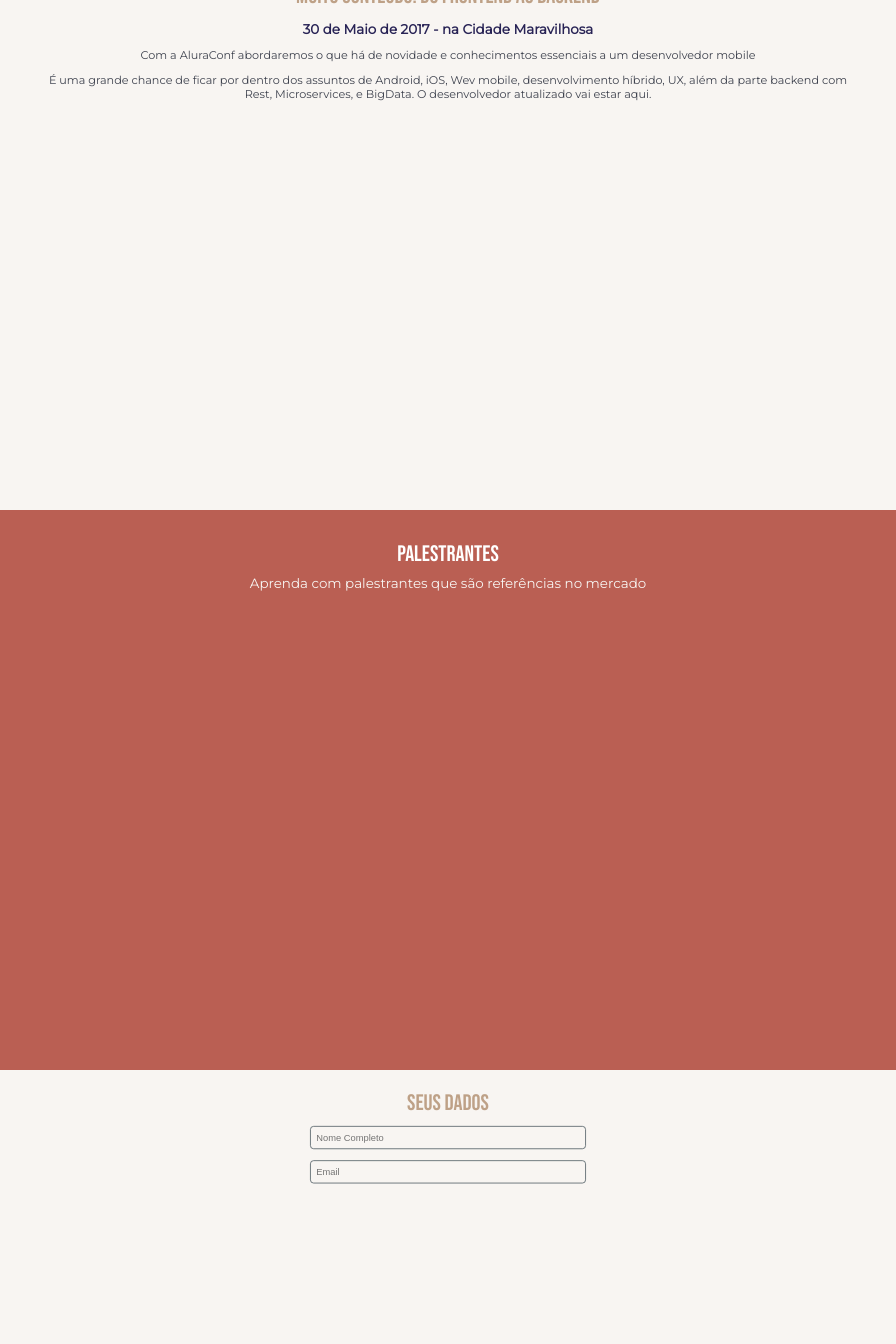
Repository: tomoliveira1/aluraconf
Page: index.html
The author's editor kept a copy of each file at every save. The page is drawn from the files as they stood at one save, then again after the next save.
The browser window is 1280 px wide. The pictures show the part of the page from y = 792 to 2712 px (the page is 2712 px tall), at 70% of full size.

Above is the page before, as saved 2021-10-12 19:11:47.

### index.html
<!-- PROJETO FINAL - ALURACONF -->

<!DOCTYPE html>
<html lang="pt-br">
  <head>
    <meta charset="UTF-8" />
    <meta http-equiv="X-UA-Compatible" content="IE=edge" />
    <meta name="viewport" content="width=device-width, initial-scale=1.0" />
    <title>AluraConf</title>

    <link rel="stylesheet" href="/aluraconf/css/reset.css" />
    <link rel="stylesheet" href="/aluraconf/css/base.css" />

    <link rel="stylesheet" href="aluraconf/css/header.css" />
    <link rel="stylesheet" href="aluraconf/css/about.css">
    <link rel="stylesheet" href="aluraconf/css/palestrantes.css">
    <link rel="stylesheet" href="aluraconf/css/form.css">

    <link rel="preconnect" href="https://fonts.googleapis.com" />
    <link rel="preconnect" href="https://fonts.gstatic.com" crossorigin />
    <link
      href="https://fonts.googleapis.com/css2?family=Bebas+Neue&family=Montserrat:wght@300;400&display=swap"
      rel="stylesheet"
    />
  </head>
  <body>
    <header class="header container">
      <nav class="header_nav">
        <ul>
          <li class="header_link"><a href="">Sobre</a></li>
          <li class="header_link"><a href="">Palestrantes</a></li>
        </ul>
      </nav>

      <h1 class="header_title">AluraConf</h1>
      <h1 class="header_subtitle">30 Maio|Rio</h1>

      <a class="header_button button" href="#">Inscreva-se</a>
    </header>

    <main>
      <section class="about container">
          <h1>Muito conteúdo: do frontend ao backend</h1>
          <h2>30 de Maio de 2017 - na Cidade Maravilhosa</h2>
          <p>Com a AluraConf abordaremos o que há de novidade e conhecimentos essenciais a um desenvolvedor mobile</p>
          <p>É uma grande chance de ficar por dentro dos assuntos de Android, iOS, Wev mobile, desenvolvimento híbrido, UX, além da parte backend com Rest, Microservices, e BigData. O desenvolvedor atualizado vai estar aqui.</p>
      </section>

      <section class="palestrantes container">
          <h1>Palestrantes</h1>
          <h2>Aprenda com palestrantes que são referências no mercado</h2>

      </section>

      <section class="form container">
        <h1>seus dados</h1>
        <div class="">
          <form>
            <input class="form_input" type="text" id="nome" placeholder="Nome Completo">
            <input class="form_input" type="text" id="email" placeholder="Email">
          </form>
        </div>
      </section>
    </main>
  </body>
</html>

### aluraconf/css/base.css
/* Cores */
:root {
  --white: #fff;
  --beige: #bea187;
  --light-beige: #F8F5F2;
  --red: #eb4b36;
  --bg-orange: #BA5F53;
  --bg-color-darker: #282355;
  --bg-color-lighter: #533a8a;
  --text-color: #3f434f;
  --button: #5fa3a3;
  --clr-primary: #651fff;
  --clr-gray: #37474f;
  --clr-gray-light: #b0bec5;

  --bebas-neue: "Bebas Neue", cursive;
  --montserrat: "Montserrat", sans-serif;
}

body {
  font-family: "Bebas Neue", cursive;
  font-family: "Montserrat", sans-serif;
}

.container {
  padding-right: 6%;
  padding-left: 6%;
}

.button {
  background-color: var(--button);
  color: var(--white);
  font-weight: 600;
  text-align: center;
  display: block;
  max-width: 350px;
  box-sizing: border-box;
  padding: 1rem 2rem;
  border-radius: 5px;
}

### aluraconf/css/header.css
.header {
  background-image: linear-gradient(var(--bg-color-darker), var(--bg-color-lighter) );

  width: 100%;
  min-height: 100vh;

  box-sizing: border-box;

  display: flex;
  flex-direction: column;
  align-items: center;

  padding-top: 0.75rem;
  padding-bottom: 0.75rem;
}

.header_nav {
  text-align: center;
}

.header_link {
  color: var(--white);
  font-size: 1rem;
  font-weight: 600;

  display: inline-block;

  margin-right: 0.7rem;
  margin-bottom: 4rem;
  margin-left: 0.7rem;

  padding: 0.75rem 1.25rem;
}

.header_title {
  font-family: "Bebas Neue", cursive;
  color: var(--white);
  font-size: 5rem;
}

.header_subtitle {
  font-family: "Bebas Neue", cursive;
  font-size: 3.5rem;
  color: var(--red);
  margin-bottom: 6rem;
}

.header_button {
  width: 100%;
}

@media screen {
}

### aluraconf/css/about.css
.about {
  background-color: var(--light-beige);
  min-height: 100vh;
  padding: 3rem 5% 2rem;
  line-height: 1.2;
}

.about h1 {
  font-family: "Bebas Neue", cursive;
  color: var(--beige);
  text-transform: uppercase;
  text-align: center;
  font-size: 2rem;
  margin-bottom: 1rem;
}

.about h2 {
  color: var(--bg-color-darker);
  font-family: "Montserrat", sans-serif;
  font-weight: bold;
  text-align: center;
  font-size: 1.2rem;
  margin-bottom: 1rem;
}

.about p {
  color: var(--text-color);
  width: 100%;
  display: block;
  text-align: center;
  margin-bottom: 1rem;
  margin-right: 0;
}

### aluraconf/css/palestrantes.css


.palestrantes {
    background-color: var(--bg-orange);
    min-height: 100vh;
    padding: 3rem 5% 2rem;
}

h1 {
    font-family: "Bebas Neue", cursive;
    color: var(--white);
    text-transform: uppercase;
    text-align: center;
    font-size: 2rem;
    margin-bottom: 1rem;
}

h2 {
    font-family: var(--montserrat);
    color: var(--light-beige);
    text-align: center;
    font-size: 1.2rem;
    margin-bottom: 1rem;
}

### aluraconf/css/form.css
.form {
    display: flex;
    flex-direction: column;
    background-color: var(--light-beige);
    min-height: 50vh;
    padding-top: 2rem;
    align-items: center;
}

.form h1 {
    font-family: "Bebas Neue", cursive;
    color: var(--beige);
    text-transform: uppercase;
    text-align: center;
    font-size: 2rem;
    margin-bottom: 1rem;
}

.form_input {
    width: 100%;
    padding: .50rem;
    box-sizing: border-box;
    margin-bottom: 1rem;
    background: transparent;
    border: 1px solid var(--clr-gray);
    border-radius: 5px;
}

Loaded but not shown: aluraconf/css/reset.css (common file)

After the next save:
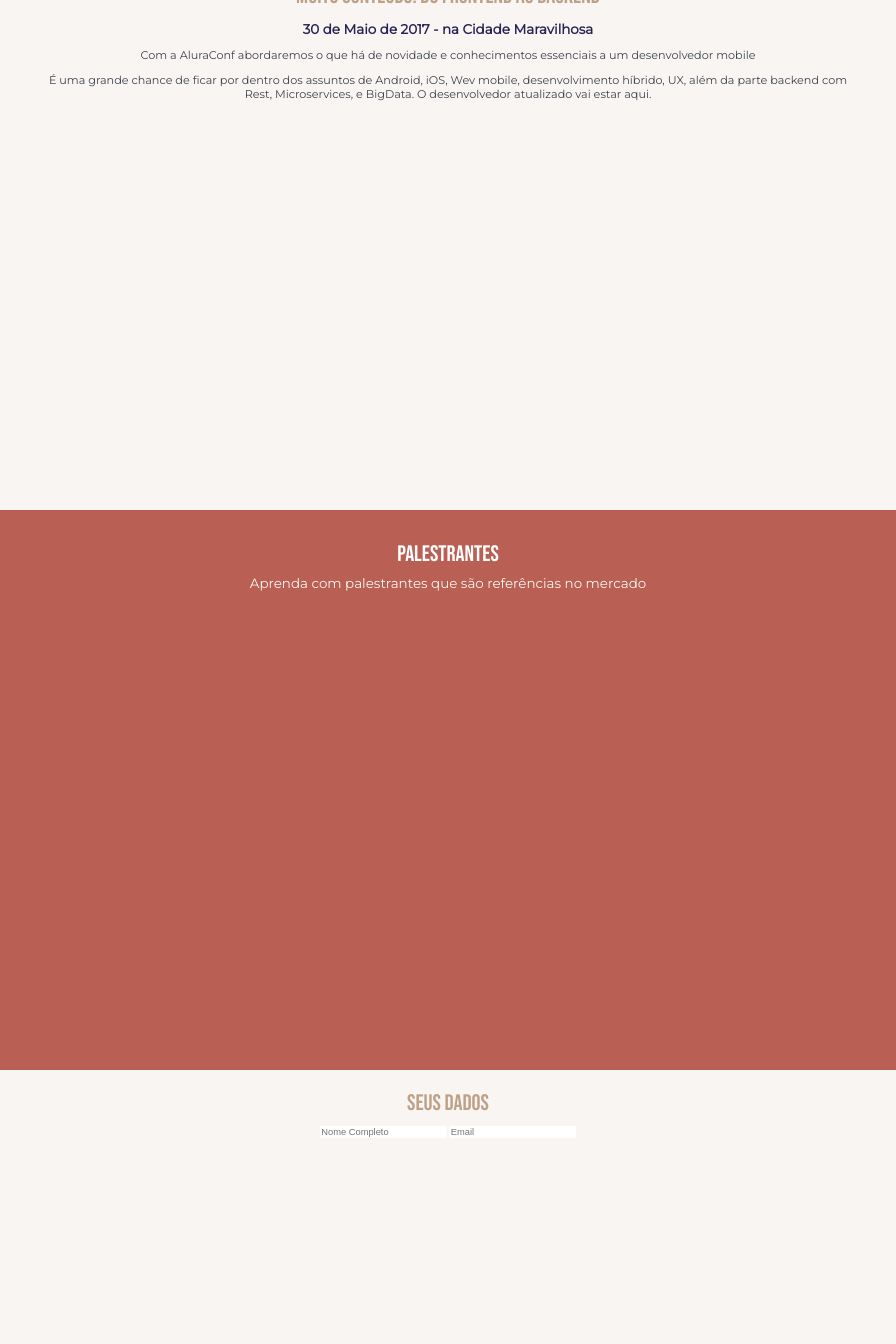
Saved 13 min 44 s later.
--- a/aluraconf/css/form.css
+++ b/aluraconf/css/form.css
@@ -17,11 +17,6 @@
 }
 
 .form_input {
-    width: 100%;
-    padding: .50rem;
-    box-sizing: border-box;
-    margin-bottom: 1rem;
-    background: transparent;
-    border: 1px solid var(--clr-gray);
-    border-radius: 5px;
+    border: none;
+    appearance: none;
 }
